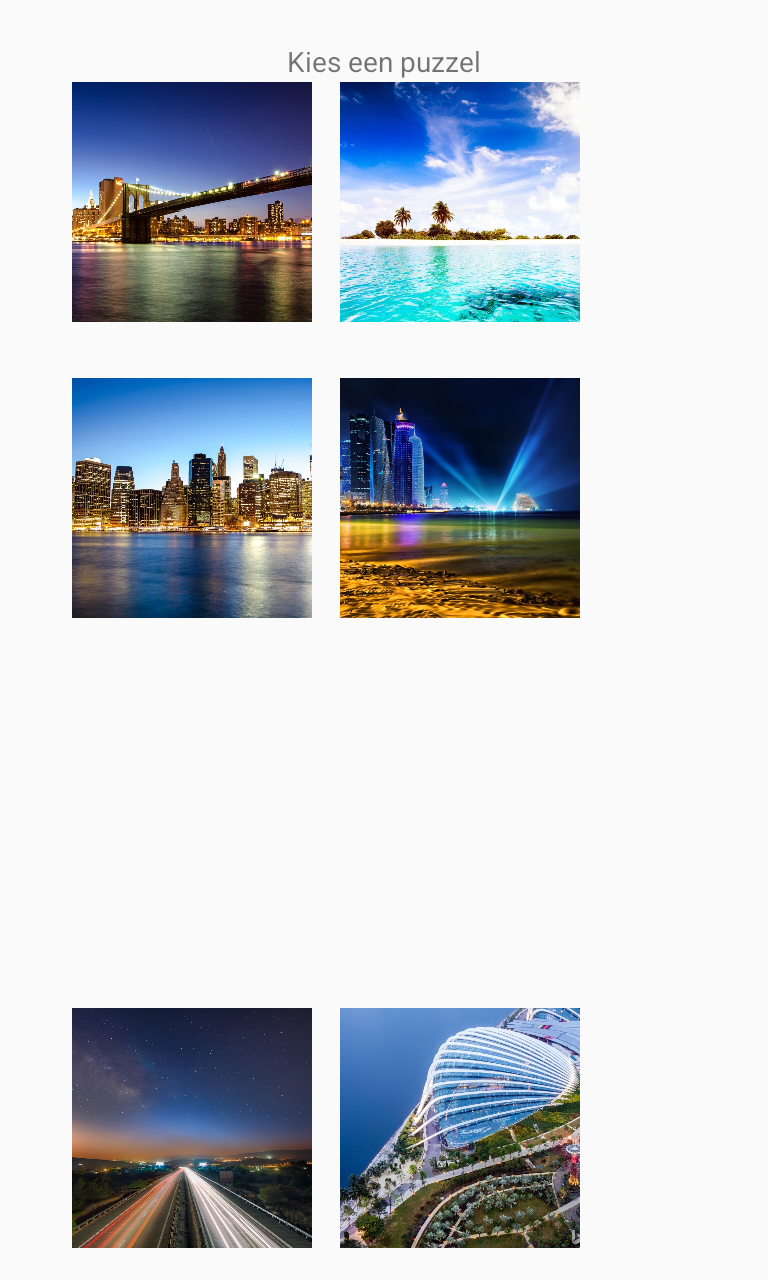
Repository: MarcSelles/nPuzzle10447768
Layout: NPuzzle10447768/res/layout/activity_main.xml
The author's editor kept a copy of each file at every save. The layout is drawn from the files as they stood at one save, then again after the next save.
It is drawn on a 768 x 1280 px phone screen (xhdpi) without system bars, with theme AppTheme; the app's code is not run.

Above is the layout before, as saved 2014-11-23 13:30:00.

### NPuzzle10447768/res/layout/activity_main.xml
<RelativeLayout xmlns:android="http://schemas.android.com/apk/res/android"
    xmlns:tools="http://schemas.android.com/tools"
    android:layout_width="match_parent"
    android:layout_height="match_parent"
    android:paddingBottom="@dimen/activity_vertical_margin"
    android:paddingLeft="@dimen/activity_horizontal_margin"
    android:paddingRight="@dimen/activity_horizontal_margin"
    android:paddingTop="@dimen/activity_vertical_margin"
    tools:context="nl.mprog.projects.NPuzzle10447768.MainActivity" >

    <TextView
        android:layout_width="wrap_content"
        android:layout_height="wrap_content"
        android:layout_centerHorizontal="true"
        android:layout_marginTop="5dp"
        android:text="@string/choose_image" />

    <ImageView
        android:id="@+id/imageView1"
        android:layout_width="120dp"
        android:layout_height="120dp"
        android:layout_alignParentLeft="true"
        android:layout_alignParentTop="true"
        android:layout_marginLeft="20dp"
        android:layout_marginTop="25dp"
        android:scaleType="fitXY"
        android:src="@drawable/brooklyn_bridge" />

    <ImageView
        android:id="@+id/imageView2"
        android:layout_width="120dp"
        android:layout_height="120dp"
        android:layout_alignTop="@+id/imageView1"
        android:layout_marginLeft="14dp"
        android:layout_toRightOf="@+id/imageView1"
        android:scaleType="fitXY"
        android:src="@drawable/diggrini_island" />

    <ImageView
        android:id="@+id/imageView3"
        android:layout_width="120dp"
        android:layout_height="120dp"
        android:layout_below="@+id/imageView1"
        android:layout_marginTop="28dp"
        android:layout_toLeftOf="@+id/imageView2"
        android:scaleType="fitXY"
        android:src="@drawable/manhattan_skyline" />

    <ImageView
        android:id="@+id/imageView4"
        android:layout_width="120dp"
        android:layout_height="120dp"
        android:layout_alignLeft="@+id/imageView2"
        android:layout_alignTop="@+id/imageView3"
        android:scaleType="fitXY"
        android:src="@drawable/qatar_skyline" />

    <ImageView
        android:id="@+id/imageView5"
        android:layout_width="120dp"
        android:layout_height="120dp"
        android:layout_alignLeft="@+id/imageView3"
        android:layout_alignParentBottom="true"
        android:scaleType="fitXY"
        android:src="@drawable/rush_hour" />

    <ImageView
        android:id="@+id/imageView6"
        android:layout_width="120dp"
        android:layout_height="120dp"
        android:layout_alignLeft="@+id/imageView4"
        android:layout_alignTop="@+id/imageView5"
        android:scaleType="fitXY"
        android:src="@drawable/singapore_city" />



</RelativeLayout>

### NPuzzle10447768/res/values/strings.xml
<?xml version="1.0" encoding="utf-8"?>
<resources>

    <string name="app_name">NPuzzle10447768</string>
    <string name="hello_world">Hello world!</string>
    <string name="action_settings">Settings</string>
    <string name="choose_image">Kies een puzzel</string>
    <string name="title_activity_the_game">TheGame</string>

</resources>

Loaded but not shown: NPuzzle10447768/res/values/styles.xml (common file); NPuzzle10447768/res/values-v11/styles.xml (common file); NPuzzle10447768/res/values-v14/styles.xml (common file); NPuzzle10447768/res/values/dimens.xml (common file); NPuzzle10447768/res/values-w820dp/dimens.xml (common file)

After the next save:
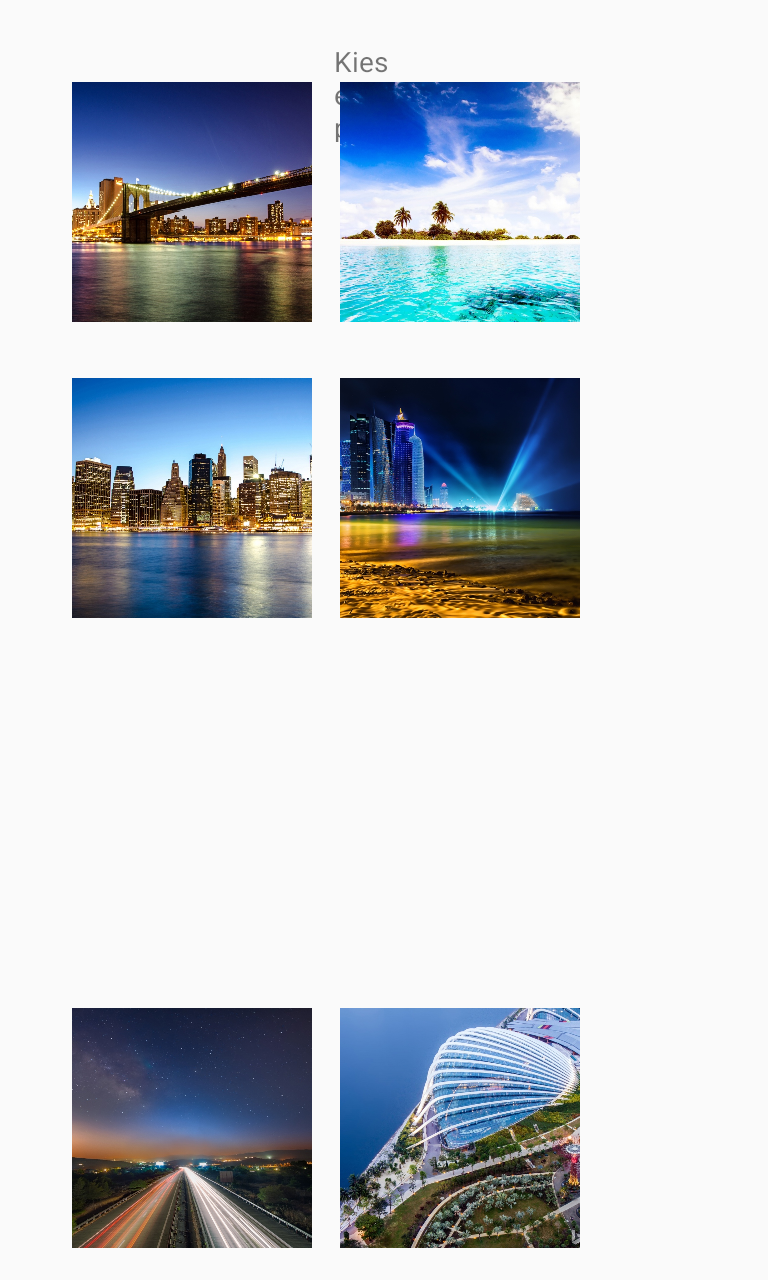
Saved 39 s later.
--- a/NPuzzle10447768/res/layout/activity_main.xml
+++ b/NPuzzle10447768/res/layout/activity_main.xml
@@ -9,8 +9,8 @@
     tools:context="nl.mprog.projects.NPuzzle10447768.MainActivity" >
 
     <TextView
-        android:layout_width="wrap_content"
-        android:layout_height="wrap_content"
+        android:layout_width="50dp"
+        android:layout_height="50dp"
         android:layout_centerHorizontal="true"
         android:layout_marginTop="5dp"
         android:text="@string/choose_image" />
@@ -73,6 +73,4 @@
         android:scaleType="fitXY"
         android:src="@drawable/singapore_city" />
 
-
-
 </RelativeLayout>
